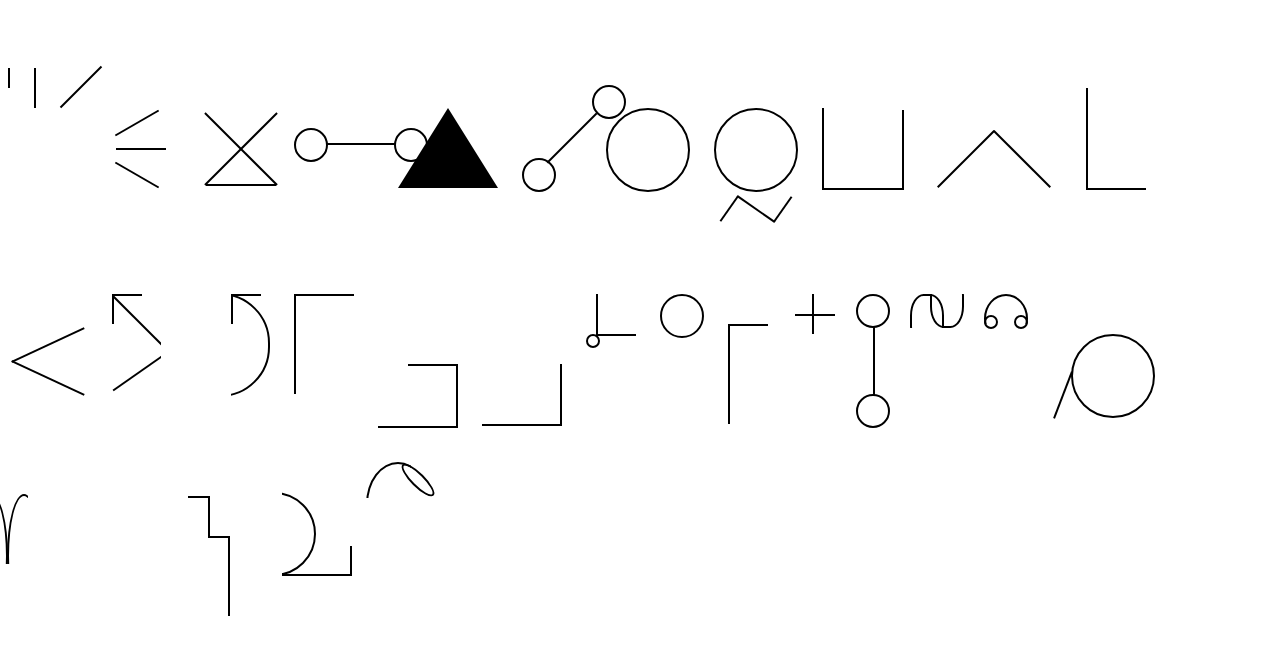
Repository: raghu225/raghu225.github.io
Page: type/index.html
The author's editor kept a record of every edit. The page is drawn from the files as they stood at one moment, then again after the next edit.
The browser window is 1280 px wide. The pictures show the whole page.
Some web libraries are served in a nearby version.

Above is the page before.

After the next edit:
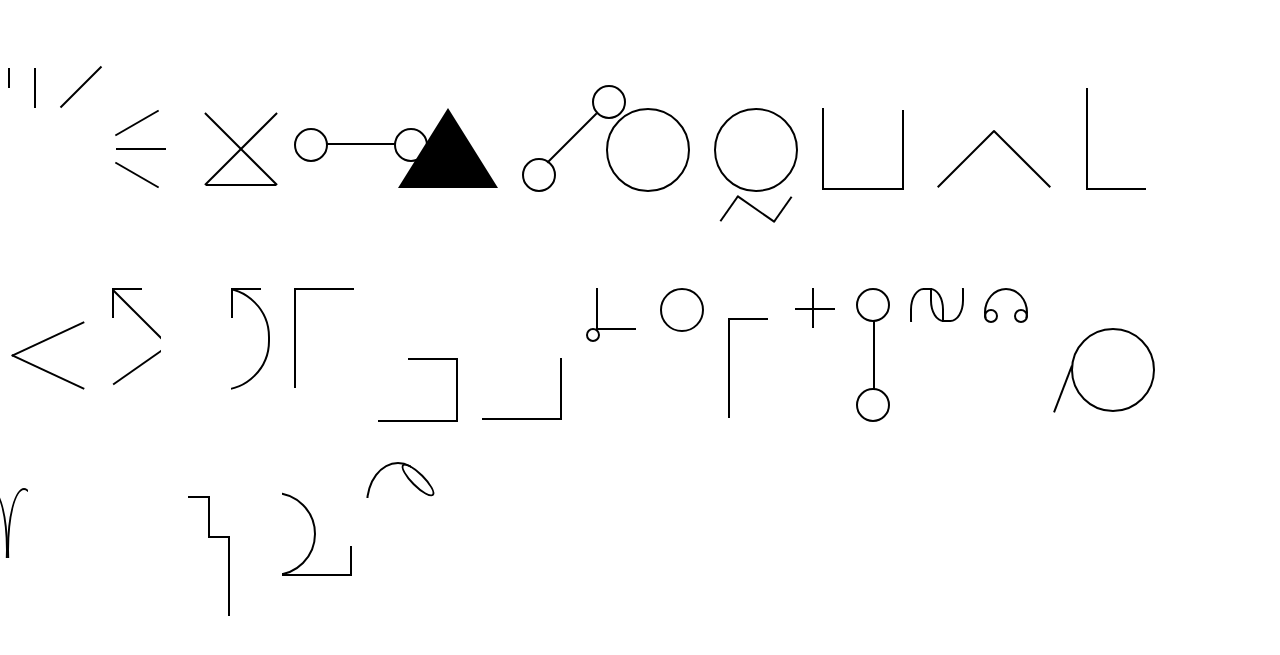
The edit:
--- a/type/assets/css/alphabet.css
+++ b/type/assets/css/alphabet.css
@@ -14,6 +14,8 @@
     vertical-align: top;
     display: inline-block;
     margin: 60 20px 20px 0;
+    height: 140px;
+    /*width: 120px;*/
 }
 
 .small-a{
